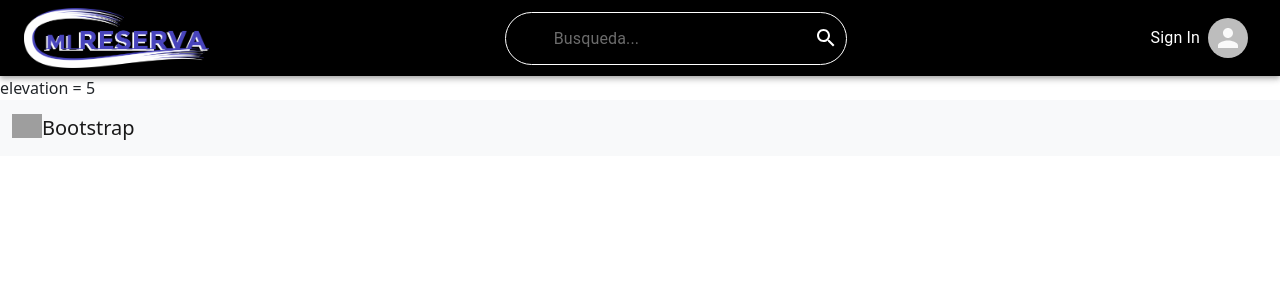
Repository: No-Country/C2-G23
Page: /logIn (app in client/)
An editor plug-in stored every save of this project. The page is shown before and after a run of saves, followed by the edit.
The browser window is 1280 px wide. The pictures show the whole page.
Pictures or frames that could not be fetched are drawn as grey boxes. The project was rebuilt for these pictures with package versions that can differ from the ones it lists, and the page was loaded fresh each time. Also part of the build but not shown: client/src/components/Home.js, client/src/components/Search.js, client/src/components/Card.js, client/src/components/Services.js, client/src/styles/Footer.module.css. Imported but missing from the stored project, and not drawn on this page: client/src/components/SignIn.

Above is the page before, as saved 2022-01-23 20:34:35.

### client/public/index.html
<!DOCTYPE html>
<html lang="en">
  <head>
    <meta charset="utf-8" />
    <link rel="icon" href="favicon.ico" />
    <meta name="viewport" content="width=device-width, initial-scale=1" />
    <meta name="theme-color" content="#000000" />
    <meta
      name="description"
      content="Web site created using create-react-app"
    />
    <link rel="apple-touch-icon" href="logo192.png" />
    <link href="https://cdn.jsdelivr.net/npm/bootstrap@5.1.3/dist/css/bootstrap.min.css" rel="stylesheet" integrity="sha384-1BmE4kWBq78iYhFldvKuhfTAU6auU8tT94WrHftjDbrCEXSU1oBoqyl2QvZ6jIW3" crossorigin="anonymous">
    <link rel="manifest" href="manifest.json" />

    <title>Hotel Rooms</title>
  </head>
  <body>
    <noscript>You need to enable JavaScript to run this app.</noscript>
    <div id="root"></div>
  </body>
</html>

### client/src/App.js
import { BrowserRouter as Router, Routes, Route } from "react-router-dom";

import Home from './components/Home';
import Header from './components/Header';
import Search from './components/Search';
import Servicios from "./components/Services";
import SignIn from "./components/SignIn"
import LogIn from "./components/LogIn";
import Footer from './components/Footer';

function App() {
  return (
    <Router>
        <Header />
        <Routes>
          <Route path="/" element={<Home />} />
          <Route path="/search" element={<Search />} />
          <Route path="/services" element={<Servicios />} />
          <Route path="/logIn" element={<LogIn />} />
          <Route path="/signIn" element={<SignIn />} />
          <Route path="/services" element={<Servicios />} />
        </Routes>
        <Footer />
    </Router>
  );
}

export default App;

### client/src/components/Header.js
import {React, useState, useEffect }from 'react';

// Componentes Material UI
import { AppBar, Avatar, Drawer, IconButton, InputBase, List, ListItem, makeStyles, Toolbar, Typography } from '@material-ui/core';

// Iconos
import SearchIcon from "@material-ui/icons/Search"
import MenuIcon from "@material-ui/icons/Menu"

// Logos
import logo from "../img/logo2.png"

const Header = () =>{
    const [mobile, setMobile] = useState(true);
    const [drawerOpen, setDrawerOpen] = useState(false);
    const classes = useStyle();

    useEffect(() => {
        const responsivness = () => window.innerWidth < 900 ? setMobile(true) : setMobile (false);
        responsivness();
        window.addEventListener("resize", ()=>responsivness())
    }, [])

    const displayMobile = () => {
        const handleDrawerOpen = () =>{
            setDrawerOpen(true)
        };
        const handleDrawerClose = () => {
            setDrawerOpen(false)
        };
        const headersData = ["Mi Cuenta", "Mis Reservas", "Salir"]
        const getDrawerChoices = () => {
            return headersData.map((data)=>{
                return(
                    <List>
                        <ListItem>{ data }</ListItem>
                    </List>
                )
            })
        };
        return(
        <Toolbar className={classes.toolbar}>
                <img src={logo} className={classes.logo} alt="logo" />
                <div className={classes.right}>
                    <Typography>Sign In</Typography>
                    <Avatar className={classes.avatar} />
                    <IconButton {...{
                        edge: "start",
                        color: "#ccc",
                        "aria-label": "menu",
                        "aria-haspopup": "true",
                        onClick: handleDrawerOpen,
                    }}>
                        <MenuIcon className={classes.menuIcon} />
                    </IconButton>
                    <Drawer {...{
                        anchor: "bottom",
                        open: drawerOpen,
                        onClose: handleDrawerClose,
                    }}>
                        <div className={classes.menu}>{getDrawerChoices()}</div>
                    </Drawer>
                </div>
        </Toolbar>
        )
    }

    const displayDesktop = () => {
        return(
            <Toolbar className={classes.toolbar}>
                <img src={ logo } className={classes.logo}/>
                <div className={classes.center}>
                    <InputBase fullWidth placeholder='Busqueda...' inputProps={{className: classes.input}}/>
                    <SearchIcon />
                </div>
                <div className={classes.right}>
                    <Typography>Sign In</Typography>
                    <Avatar className={classes.avatar} />
                </div>
            </Toolbar>
        )
    }

    return(
    <AppBar className={classes.root}>
        {
        mobile ? displayMobile() : displayDesktop()
        }
    </AppBar>
    )
}

const useStyle = makeStyles((theme) => ({
    root:{
        position: "sticky", //sirve para que el header se vea siempre
        top:0,
        zIndex:99,
        backgroundColor:"black",
        width:"100vw",
    },
    toolbar: {
        display : "flex",
        justifyContent: "space-between",
        alignItems: "center"
    },
    logo:{
        width:"15%",
        margin: theme.spacing( 1, 0, 1, 0),
        objectFit: "contain",
    },
    input:{
        fontSize:"1rem",
        padding: theme.spacing(1,5,1,5),
        color: "white",
    },
    center:{
        display:"flex",
        alignItems:"center",
        padding:theme.spacing(1),
        margin: theme.spacing(1),
        border:"1px solid white",
        borderRadius: "999px",
        minWidth:"20rem"
    },
    right:{
        display:"flex",
        alignItems: "center",
        marginLeft: theme.spacing(1)
    },
    avatar:{
        margin: theme.spacing(1),
    },
    menu:{
        color:"white",
        backgroundColor:"black"
    },
    menuIcon:{
        color:"black",
        fontSize:"2.5rem",
        backgroundColor:"white",
        border:"2px solid white",
        borderRadius:"5px"
    }

}))
export default Header

### client/src/components/LogIn.js
import { React, useState, useEffect } from 'react';

import { AppBar, makeStyles } from '@material-ui/core';

import {Grid, Container, Paper } from  '@material-ui/core';

const LogIn = () => {
    const [mobile, setMobile] = useState(true);
    const classes = useStyle();

    useEffect(() => {
        const responsivness = () => window.innerWidth < 900 ? setMobile(true) : setMobile(false);
        responsivness();
        window.addEventListener("resize", () => responsivness())
    }, []);


    return (
        <Grid container component='main'>
            <container component={Paper}> elevation = {5}

            </container>

        </Grid>

    )
};

const useStyle = makeStyles((theme) => ({
    footer: {
        textAlign: "center",
        textAlignLast: "start",
        backgroundColor: "#db6930"
    },
    primero: {
        backgroundColor: "black",
        color: "white",
    },
    container: {
        display: "flex",
        justifyContent: "center",
        padding: theme.spacing(5, 0, 5, 0)
    },
    logo: {
        width: "15%",
        margin: theme.spacing(1, 0, 1, 0),
        objectFit: "contain",
    },
    input: {
        fontSize: "1rem",
        padding: theme.spacing(1, 5, 1, 5),
        color: "white",
    },
    center: {
        display: "flex",
        alignItems: "center",
        padding: theme.spacing(1),
        margin: theme.spacing(1),
        border: "1px solid white",
        borderRadius: "999px",
        minWidth: "20rem"
    },
    right: {
        display: "flex",
        alignItems: "center",
        marginLeft: theme.spacing(1)
    },
    avatar: {
        margin: theme.spacing(1),
    },
    menu: {
        color: "white",
        backgroundColor: "black"
    },
    menuIcon: {
        color: "black",
        fontSize: "2.5rem",
        backgroundColor: "white",
        border: "2px solid white",
        borderRadius: "5px"
    }

}))

export default LogIn

### client/src/components/Footer.js
import React from "react"
import styles from "../styles/Footer.module.css"

const Footer = () => {
    return (
        /* <p className={styles.p}>ACÁ VA EL FOOTER</p> */
        <nav class="navbar navbar-light bg-light">
  <div class="container-fluid">
    <a class="navbar-brand" href="#">
      <img src="/docs/5.1/assets/brand/bootstrap-logo.svg" alt="" width="30" height="24" class="d-inline-block align-text-top"/>
      Bootstrap
    </a>
  </div>
</nav>
    )
}

export default Footer

Loaded but not shown: client/src/index.js (common file)

After the next 13 saves:
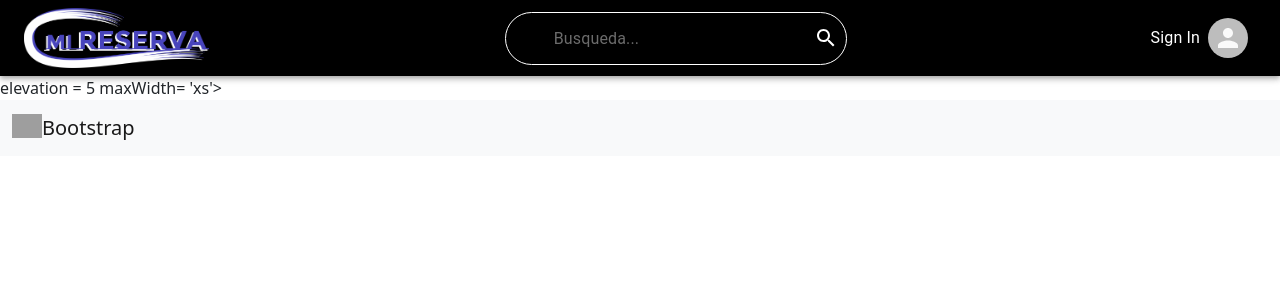
The 13 saves are shown as one change because they came seconds apart.
The last was saved 33 s later.
--- a/client/src/components/LogIn.js
+++ b/client/src/components/LogIn.js
@@ -17,7 +17,7 @@ const LogIn = () => {
 
     return (
         <Grid container component='main'>
-            <container component={Paper}> elevation = {5}
+            <container component={Paper}> elevation = {5} maxWidth= 'xs'>
 
             </container>
 
